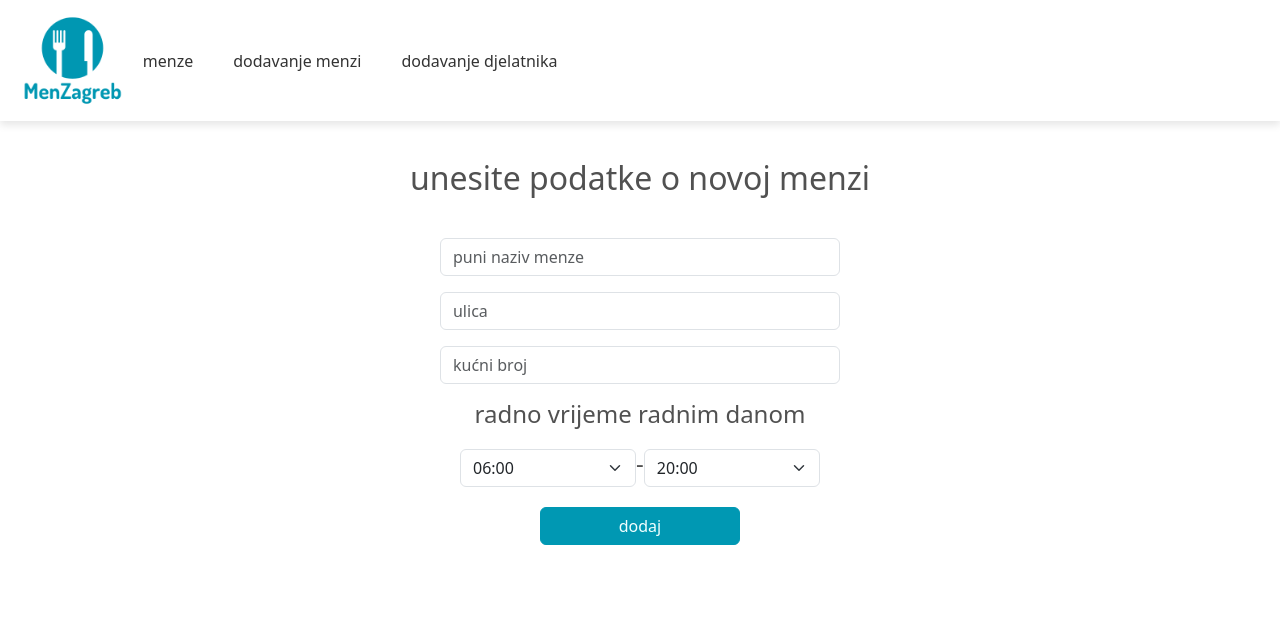
Repository: MENZG/menZg
Page: /admin/dodajMenzu (app in IzvorniKod/)
These files come from the project's save history. The page is drawn as it stood at one moment and after the next save; the edit follows.
The browser window is 1280 px wide. The pictures show the whole page.
The project was rebuilt for these pictures with package versions that can differ from the ones it lists, and the page was loaded fresh each time. Also part of the build but not shown: IzvorniKod/vite.config.ts, IzvorniKod/src/Components/LoginForm.tsx, IzvorniKod/src/Components/AdminLogin.tsx, IzvorniKod/src/Components/EmployeeLogin.tsx, IzvorniKod/src/Components/NavBar.tsx, IzvorniKod/src/Components/ListaMenza.tsx, IzvorniKod/src/Components/Profil.tsx, IzvorniKod/src/Components/AddEmployee.tsx and 5 more.

Above is the page before, as saved 2024-11-06 20:51:04.

After the next save:
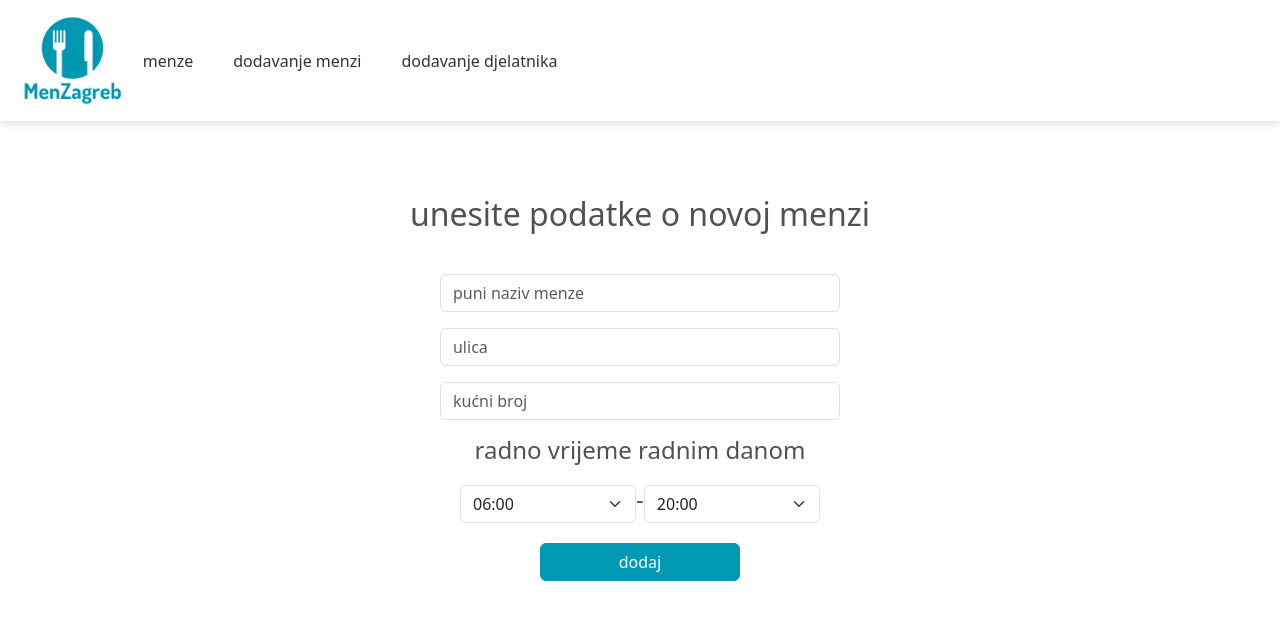
Saved 16 h 41 min later.
--- a/IzvorniKod/src/styles/AddMenza.css
+++ b/IzvorniKod/src/styles/AddMenza.css
@@ -4,6 +4,7 @@
     align-items: center; /* Centers the children horizontally */
     justify-content: center; /* Centers the children vertically, if needed */
     text-align: center;
+    margin-top: 10vh;
 }
 
 .h2{

After the save that followed:
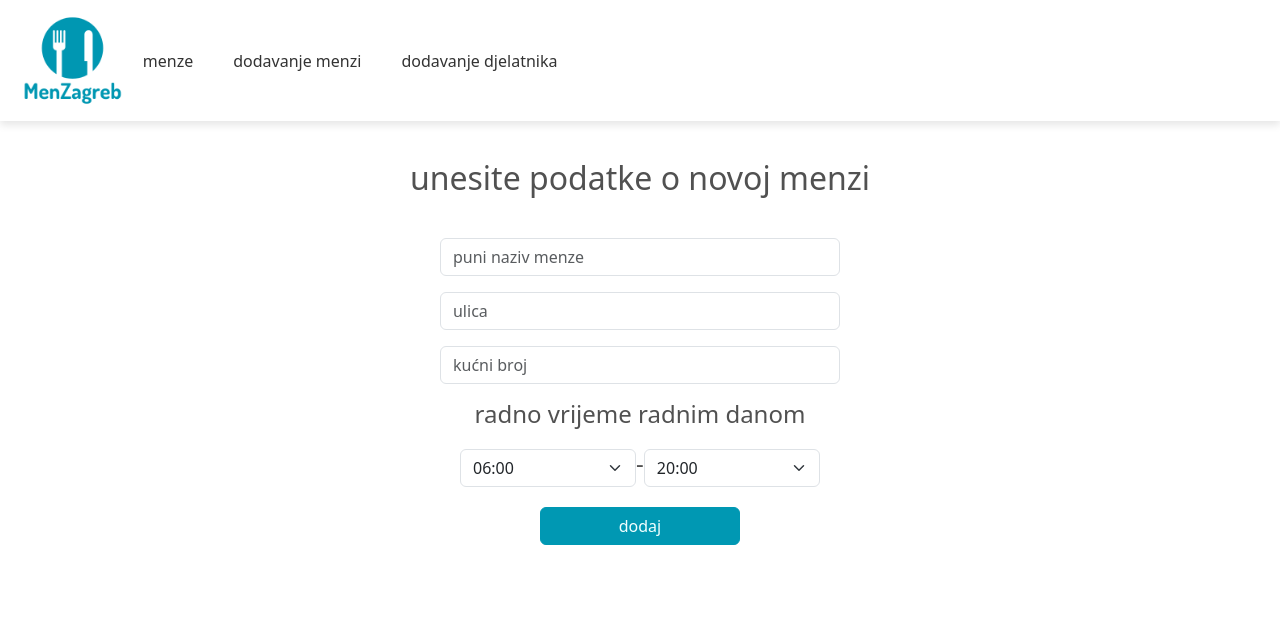
Saved 21 s later.
--- a/IzvorniKod/src/styles/AddMenza.css
+++ b/IzvorniKod/src/styles/AddMenza.css
@@ -4,7 +4,6 @@
     align-items: center; /* Centers the children horizontally */
     justify-content: center; /* Centers the children vertically, if needed */
     text-align: center;
-    margin-top: 10vh;
 }
 
 .h2{
